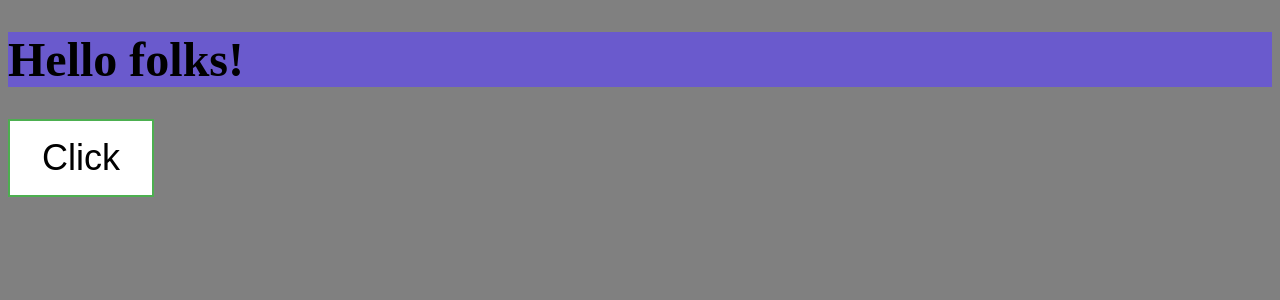
Repository: aakriti-tech/GlobalLogic
Page: Akki/WebContent/index.html
These files come from the project's save history. The page is drawn as it stood at one moment and after the next save; the edit follows.
The browser window is 1280 px wide. The pictures show the whole page.

Above is the page before, as saved 2022-08-01 06:49:11.

### Akki/WebContent/index.html
<!DOCTYPE html>
<html>
<head>
<meta charset="ISO-8859-1">
<title>First Web App</title>
<style>
body{
background-color:Gray;}
h1{
font-size:48px;
}
.button1 {
  background-color: white;
  color: black;
  border: 2px solid #4CAF50;
  font-size: 36px;
  padding: 16px 32px;
  text-align: center;
}

.button1:hover {
  background-color: #4CAF50;
  color: white;
}</style>
</head>
<body>

<h1 style="background-color: SlateBlue">Hello folks!</h1>
<button class="button1">Click</button>

</body>
</html>

After the next save:
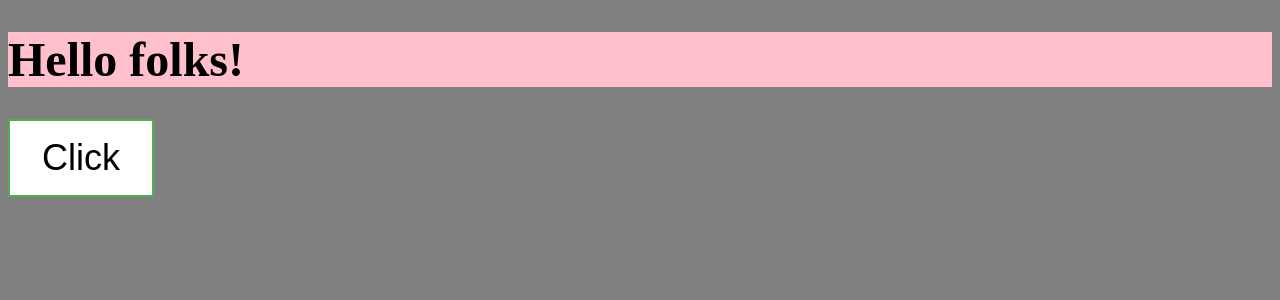
Saved 19 s later.
--- a/Akki/WebContent/index.html
+++ b/Akki/WebContent/index.html
@@ -25,7 +25,7 @@ font-size:48px;
 </head>
 <body>
 
-<h1 style="background-color: SlateBlue">Hello folks!</h1>
+<h1 style="background-color: pink">Hello folks!</h1>
 <button class="button1">Click</button>
 
 </body>
